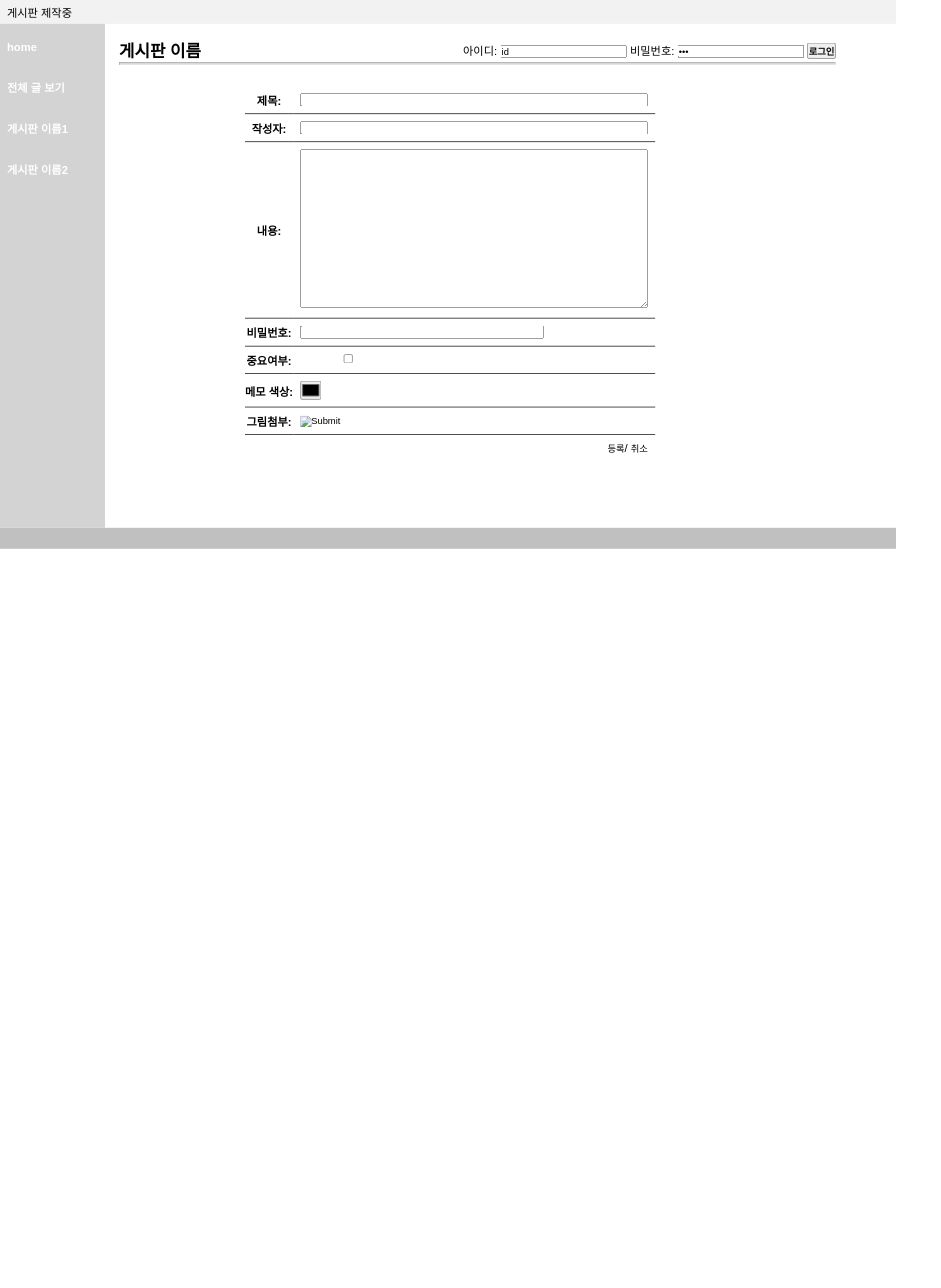
Repository: hyeon-jin-park/study
Page: work/internet_programing/Test_final/public/input.html
The author's editor kept a copy of each file at every save. The page is drawn from the files as they stood at one save, then again after the next save.
The browser window is 1280 px wide. The page is 1344 px wide, so the pictures cover 1344 px, including what lies to the right of the window. The pictures show the part of the page from y = 0 to 1840 px (the page is 10000 px tall), at 70% of full size.

Above is the page before, as saved 2025-03-26 11:27:21.

### work/internet_programing/Test_final/public/input.html
<!DOCTYPE html>
<html lang="ko">
<head>

    <meta charset="UTF-8">
    <meta name="viewport" content="width=device-width, initial-scale=1.0">
    <title>input.html</title>
	<link rel="stylesheet" href="layout.css">
	<style>
	* { margin: 0; padding: 0; box-sizing: border-box; }
	body { font-family: Arial, sans-serif; }

	#login_button{
		text-align:center;
		font-weight:bold;

	}
	</style>

</head>


<body>

    <header>
        게시판 제작중
    </header>


    <nav>
    	<ul>
    		<li><a href="home.html">home</a></li>
    		<li><a href="#">전체 글 보기</a></li>
    		<li><a href="#">게시판 이름1</a></li>
    		<li><a href="#">게시판 이름2</a></li>
    	</ul>
    </nav>


    <section>
    	<div class="board_title">
    		<h1>게시판 이름</h1>
    			<form style="padding-left:10px">
    			아이디: <input type="text" name="아이디" value="id">
    			비밀번호: <input type="password" name="비밀번호" value="pwd">
    			<button id="login_button" type="submit" >로그인</button>
    			</form>
    	</div>
    	<hr>
    	<hr>
    	<div  class="input_form">
    	    <form method="get">
    		<table>
    			<tr>
    				<th>제목: </th>
    				<td><input type="text" name="제목"></td>
    			</tr>
    			<tr>
    				<th>작성자: </th>
    				<td><input type="text" name="작성자"></td>
    			</tr>
    			<tr>
    				<th>내용: </th>
    				<td><textarea rows="15" cols="60"></textarea></td>
    			</tr>
    			<tr>
    				<th>비밀번호: </th>
    				<td><input style="width:70%;" type="password" name="등록 비밀번호"></td>
    			</tr>
    			<tr>
    				<th>중요여부: </th>
    				<td style="position:relative;right:180px"><input type="checkbox" name="중요도"></td>
    			</tr>
    			<tr>
    				<th>메모 색상: </th>
    				<td><input style="width:30px" type="color" name="색상"></td>
    			</tr>
    			<tr>
    				<th>그림첨부: </th>
    				<td><input type="image" name="그림"></td>
    			</tr>
    			<tr>
    				<td colspan="2" style="border-bottom:none;text-align: right;padding-top:10px;">
    				<button type="submit">등록</button>/
    				<button type="reset">취소</button>
    				</td>
    			</tr>

    		</table>
    		</form>
    	</div>
    </section>

    <footer>
    	<h1></h1>
    </footer>

</body>
</html>

### work/internet_programing/Test_final/public/layout.css
@charset "UTF-8";

body{
	min-height:10000px;
}
header {
            background-color: #f2f2f2;
            color: black;
            padding: 5px 10px;
            display: fixed;
            width: 100%;
        }

nav {
        	display:inline-block;
    		background-color: lightgray;
    		width:150px;
    		color: black;
    		height: 100vh;
		}

nav ul {
    		list-style: none;
    		padding: 0;
		}
nav ul li {
   		 margin: 15px 0;
		}

nav a {
    		text-decoration: none;
    		color: white;
   		    font-weight: bold;
   		 	display: block;
    		padding: 10px;
    		border-radius: 5px;
		}

nav a:hover {
    		background-color: #555;
		}


section {
			display:inline-block;
			position:absolute;
			width:80%;
			margin:20px;

		}


.board {
	background-color: white;
	color: black;
	border-collapse: collapse;
	padding: 20px 20px;
	margin: 0px 150px;
	margin-bottom:0px;
	width: 80%;
}


.board th,td {
  padding: 10px;
}

.board th {
    text-align: center;
    border-collapse: collapse;
    vertical-align: middle;
    font-size: 15px;
}

.board th:nth-child(1),
.board td:nth-child(1)
.board_contents th:nth-child(1),
.board_contents td:nth-child(1){
	width: 100px;
}
.board th:nth-child(2),
.board td:nth-child(2)
.board_contents th:nth-child(2),
.board_contents td:nth-child(2){
	width: 600px;
}
.board th:nth-child(3),
.board td:nth-child(3)
.board_contents th:nth-child(3),
.board_contents td:nth-child(3){
	width: 100px;
}
.board th:nth-child(4),
.board td:nth-child(4)
.board_contents th:nth-child(4),
.board_contents td:nth-child(4){
	width: 200px;
}


.board_title{
			margin:0px;
			padding: 0px;
			display: flex;
            justify-content: space-between;
            align-items: center;
            width: 100%;
		}
.board_title ul{
			list-style: none;
			padding:0;
		}

.board_title a {
    		text-decoration: none;
    		color: black;
   		    font-weight: bold;
   		 	display: block;
    		padding: 10px;
    		border-radius: 5px;
		}

.board_contents{
	text-align:center;
	background-color: white;
	color: black;
	padding: 20px 20px;
	margin: 0px 150px;
	padding-top:0px;
	padding-bottom:0px;
	width: 80%;
}
.board_contents table{
	border-collapse: collapse;
	border-bottom:1px solid lightgray;
	font-size:13px;
}
.board_contents table:hover{
	border-style:inset;
}
.board_contents a:hover , a:link{
	cursor: pointer;
	text-decoration:none;
}


.input_form{
			padding:20px 20px;
			width:100%;
			margin-left:150px;
    		margin-bottom:100px;
		}
.input_form table{
			margin:10px;
			border-collapse:collapse;

		}
.input_form th, td{
	border-bottom:1px solid black;
}


.input_form button{
			border:none;
			background-color:white;
			cursor: pointer;
		}
.input_form input{
			width:100%;
		}


footer {
    		background-color: silver;
    		color: white;
    		text-align: center;
    		height: 30px;
    		padding: 5px 0;
    		bottom: 0;
    		width: 100%;
		}

After the next save:
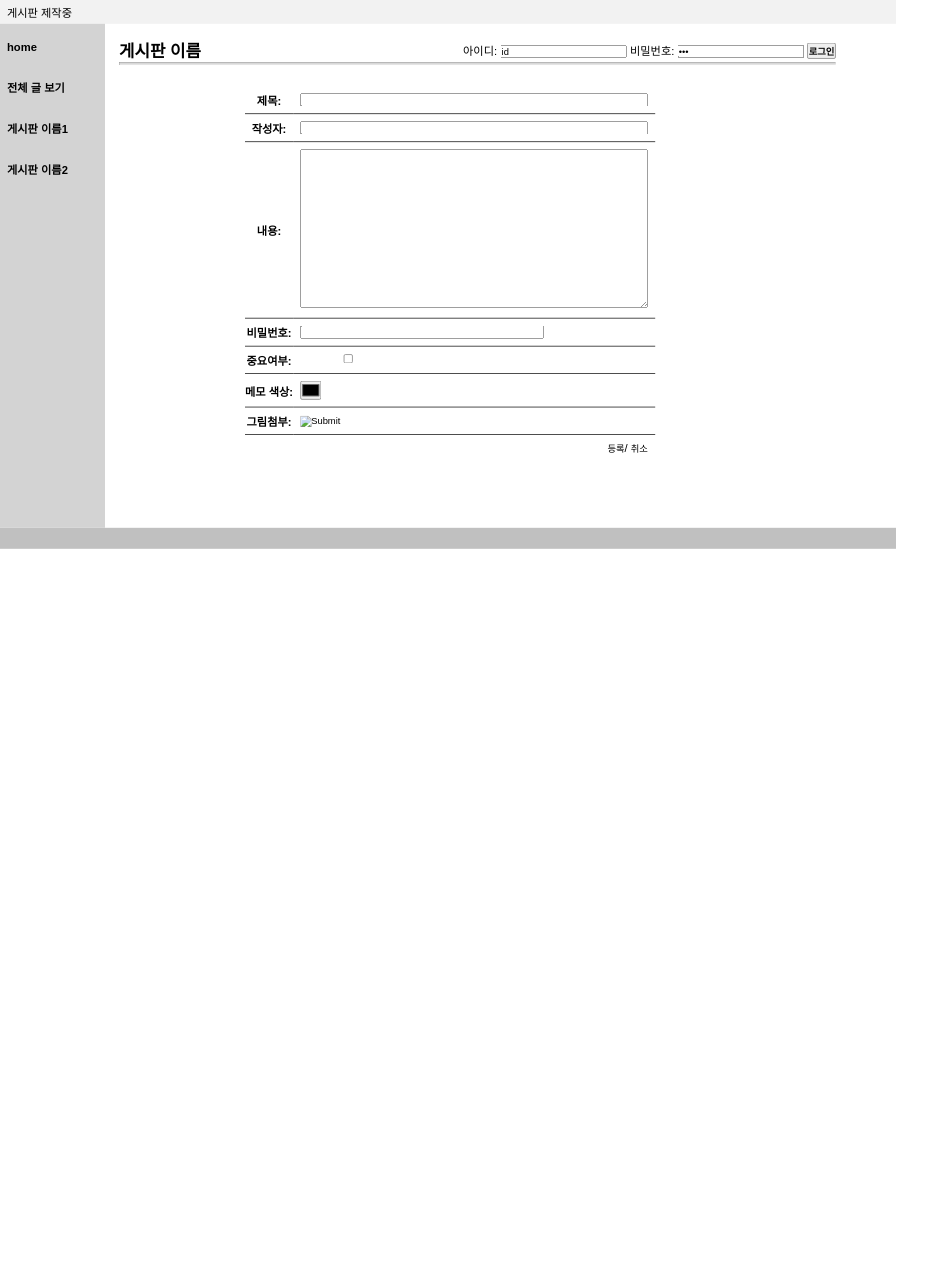
Saved 46 s later.
--- a/work/internet_programing/Test_final/public/layout.css
+++ b/work/internet_programing/Test_final/public/layout.css
@@ -29,7 +29,7 @@ nav ul li {
 
 nav a {
     		text-decoration: none;
-    		color: white;
+    		color: black;
    		    font-weight: bold;
    		 	display: block;
     		padding: 10px;
@@ -38,6 +38,7 @@ nav a {
 
 nav a:hover {
     		background-color: #555;
+    		color: white;
 		}
 
 
